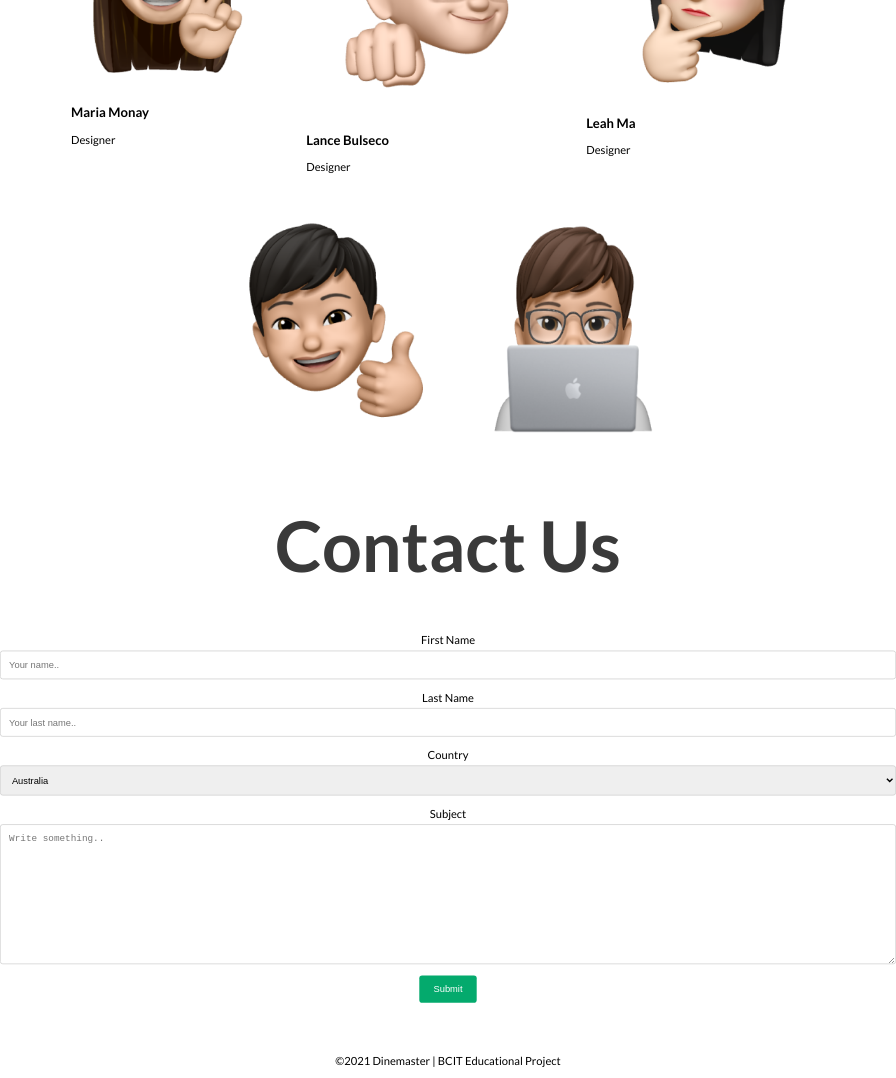
Repository: leahma1208/dinemaster
Page: index.html
An editor plug-in stored every save of this project. The page is shown before and after the next save, followed by the edit.
The browser window is 1280 px wide. The pictures show the part of the page from y = 4519 to 6439 px (the page is 6059 px tall before and 6439 px after), at 70% of full size.
A picture or video elsewhere on the page could not be fetched, so the positions and the page height are approximate.

Above is the page before, as saved 2021-05-07 12:32:40.

### index.html
<!DOCTYPE html>
<html lang="en">
<head>
    <meta charset="UTF-8">
    <meta http-equiv="X-UA-Compatible" content="IE=edge">
    <meta name="viewport" content="width=device-width, initial-scale=1.0">
    <link rel="stylesheet" href="style.css">
    <link rel="preconnect" href="https://fonts.gstatic.com">
<link href="https://fonts.googleapis.com/css2?family=Lato:ital,wght@0,300;0,400;0,700;0,900;1,400;1,700;1,900&display=swap" rel="stylesheet">
    <title>Dinemaster</title>
</head>
<body>
    <div class="holder">
    <div class="main-nav">
        <div class="logo"><img src="/img/Logo.svg" alt=""></div>
        <div class="nav">
            <a href="#feature">Features</a>
            <a href="#down">Download</a>
            <a href="#about">About us</a>
        </div>
    </div>
<!-- =========INTRO================= -->
    <div class="col intro">
        <div class="head-cont">
            <div class="head">Share, Post, Like &<br> Review Restaurants</div>
            <div class="text">Share your favourite restaurants visits with your friends and family! Keep track of your visits and rate other restaurants.</div>
        </div>

        <div class="vid">
            <iframe width="700" height="400" src="https://www.youtube.com/watch?v=QAF69FwPSKw" title="YouTube video player" frameborder="0" allow="accelerometer; autoplay; clipboard-write; encrypted-media; gyroscope; picture-in-picture" allowfullscreen></iframe>
        </div>

    </div>

<!-- =========PERSONAL ACCOUNTS================= -->
    <div class="col personal" id="feature">
        <div class="personal-img">
            <img src="/img/personal.svg" alt="personal">
        </div>

        <div class="per-cont">
            <div class="head">Personal Accounts</div>
            <div class="text ">Post your favourite meal and keep track of your previous visits! Recommend your favourite restaurants to your friends and family.</div>
        </div>
    </div>


    <!-- =========BUSINESS ACCOUNTS================= -->
    <div class="col business">

        <div class="per-cont">
            <div class="head">Business Accounts</div>
            <div class="text ">Are you a business owner? Advertise your business by posting your restaurant menus and daily specials. Also, receive customer feedbacks to improve and promote your business.</div>
        </div>

        <div class="business-img">
            <img src="/img/business.svg" alt="business">
        </div>
    </div>

    <!--================ DOWNLOAD APP============== -->
    <div class="download" id="down">
        <div class="down-cont">
            <div class="bighead">Download App</div>
            <div class="text">Install the app today to share your favourite restaurants with your friends and family!</div>
        </div>
        <div class="down-img">
            <img src="/img/download.svg" alt="download">
        </div>
        <div class="down-buttons">
            <img src="/img/app store.svg" alt="app store">
            <img src="/img/google play.svg" alt="playstore">
        </div>
    </div>

     <!-- =========ABOUT US================= -->
        <div class="col aboutus" id="about">

            <div class="per-cont">
                <div class="head">About Us</div>
                <h2 class="dine">Dinemaster</h2>
                <div class="text ">Dinemaster allows users to share their personal experience with a restaurant that they have visited. With this app many restaurants can use this platform to advertise for their business and connect with their customers.</div>
            </div>

            <div class="business-img">
                <img src="/img/Aboutus.png" alt="aboutus">
            </div>
        </div>

<!-- =========Team Members================= -->
        <div class="members">
            <h1>Our Team Members</h1>
            <div class="img1">
                <div><img src="/img/image 4.png" alt="Maria Monay"><h3  class="names">Maria Monay</h3><p class="names">Designer</p></div>
                <div class="names"><img src="/img/image 5.png" alt="Lance Bulseco"><h3>Lance Bulseco</h3><p>Designer</p></div>
                <div class="names"><img src="/img/39f8df7f1b6dbd378f3a219a0ab0f1ef-sticker 1.png" alt="Leah Ma"><h3>Leah Ma</h3><p>Designer</p></div>
            </div>
            <div class="img2">
                <img src="/img/2f48eec3970b26064700bd96f6fee4a5-sticker 1.png" alt="Justin Tsen">
                <img src="/img/4bc877a33df24f9d52337a4e7bfaca46-sticker 1.png" alt="Jason Zhao">
            </div>
        </div>

<!-- =========Contact Us================= -->
        <div>
            <h1 class="Contact">Contact Us</h1>
            <form action="/action_page.php" class="submit">
                <label for="fname">First Name</label>
                <input type="text" id="fname" name="firstname" placeholder="Your name..">

                <label for="lname">Last Name</label>
                <input type="text" id="lname" name="lastname" placeholder="Your last name..">

                <label for="country">Country</label>
                <select id="country" name="country">
                  <option value="australia">Australia</option>
                  <option value="canada">Canada</option>
                  <option value="usa">USA</option>
                </select>

                <label for="subject">Subject</label>
                <textarea id="subject" name="subject" placeholder="Write something.." style="height:200px"></textarea>

                <input type="submit" value="Submit" >
              </form>
        </div>
<br>
<br>
<br>
<!-- =========Copy Right================= -->
<div class="copyright">
    <p>©2021 Dinemaster | BCIT Educational Project</p>
</div>
</div>
</body>
</html>

### style.css
body ,
html {
  margin: 0;
}

.holder {
  font-family: "Lato", sans-serif;
}

/* ===============NAV BAR============ */
.main-nav {
  display: flex;
  padding-top: 50px;
  justify-content: space-between;
  max-width: 90vw;
  margin: auto;
}

.logo > img {
  width: 350px;
}

.nav {
  display: flex;
  justify-content: space-between;
  min-width: 650px;
}

.nav > a {
  text-decoration: none;
  color: #222222;
  font-size: 30px;
}

a:hover {
  color: #727272;
}
/* ===========FIRST COL=================== */

.col {
  display: flex;
}

.intro {
  max-width: 90vw;
  margin: auto;
  margin-top: 300px;
  justify-content: space-between;
}

.head {
  font-size: 60px;
  color: #3a3a3a;
  font-weight: 400;
}
.text {
  font-size: 30px;
  line-height: 40px;
  color: #444444;
  margin-top: 30px;
  font-weight: 300;
  max-width: 700px;
}

.vid {
  margin-left: 100px;
}

/* ========PERSONAL============== */
.personal {
  margin-top: 150px;
  justify-content: space-between;
}

.personal-img {
  margin-right: 100px;
}

.per-cont {
  margin: auto;
  padding: 60px;
}

/* ========BUSINESS============== */
.business {
  margin-top: 100px;
  justify-content: space-between;
}

/* ======DOWNLOAD============= */

.download {
  max-width: 90vw;
  margin: auto;
  display: flex;
  flex-direction: column;
  justify-content: center;
  align-items: center;
}

.down-cont {
  margin-top: 250px;
  text-align: center;
}

.bighead {
  font-size: 100px;
  font-weight: 700;
  color: #3a3a3a;
}

.down-img {
  margin-top: 100px;
  margin-bottom: 100px;
}

.down-buttons {
  display: flex;
  justify-content: space-around;
}

.down-buttons > img {
  padding: 10px;
}

/* ======ABOUTUS============= */
.dine{
font-size: 40px;
}
/* ======ABOUTUS============= */

.members{
  display: flex;
  justify-content: center;
  align-items: center;
  flex-direction: column;
}


.img1{
  display: flex;
  flex-direction: row;
  padding: 10px;
}

.img2{
  display: flex;
  flex-direction: row;
  padding: 10px;
}

.names{
  padding-left:10px;
}




/*==========Contact==============*/


input[type=text], select, textarea {
  width: 100%;
  padding: 12px;
  border: 1px solid #ccc;
  border-radius: 4px;
  box-sizing: border-box;
  margin-top: 6px;
  margin-bottom: 16px;
  resize: vertical;
}

input[type=submit] {
  background-color: #04AA6D;
  color: white;
  padding: 12px 20px;
  border: none;
  border-radius: 4px;
  cursor: pointer;
}

input[type=submit]:hover {
  background-color: #45a049;
}

.container {
  border-radius: 5px;
  background-color: #f2f2f2;
  padding: 20px;
}

.Contact{
  display: flex;
  justify-content: center;
  font-size: 100px;
  font-weight: 700;
  color: #3a3a3a;
}

.submit{
  display: flex;
  justify-content: center;
  align-items: center;
  flex-direction: column;
}
/*========Copy========*/

.copyright{
  display: flex;
  align-items: center;
  justify-content: center;
  font-weight:200px;
}

After the next save:
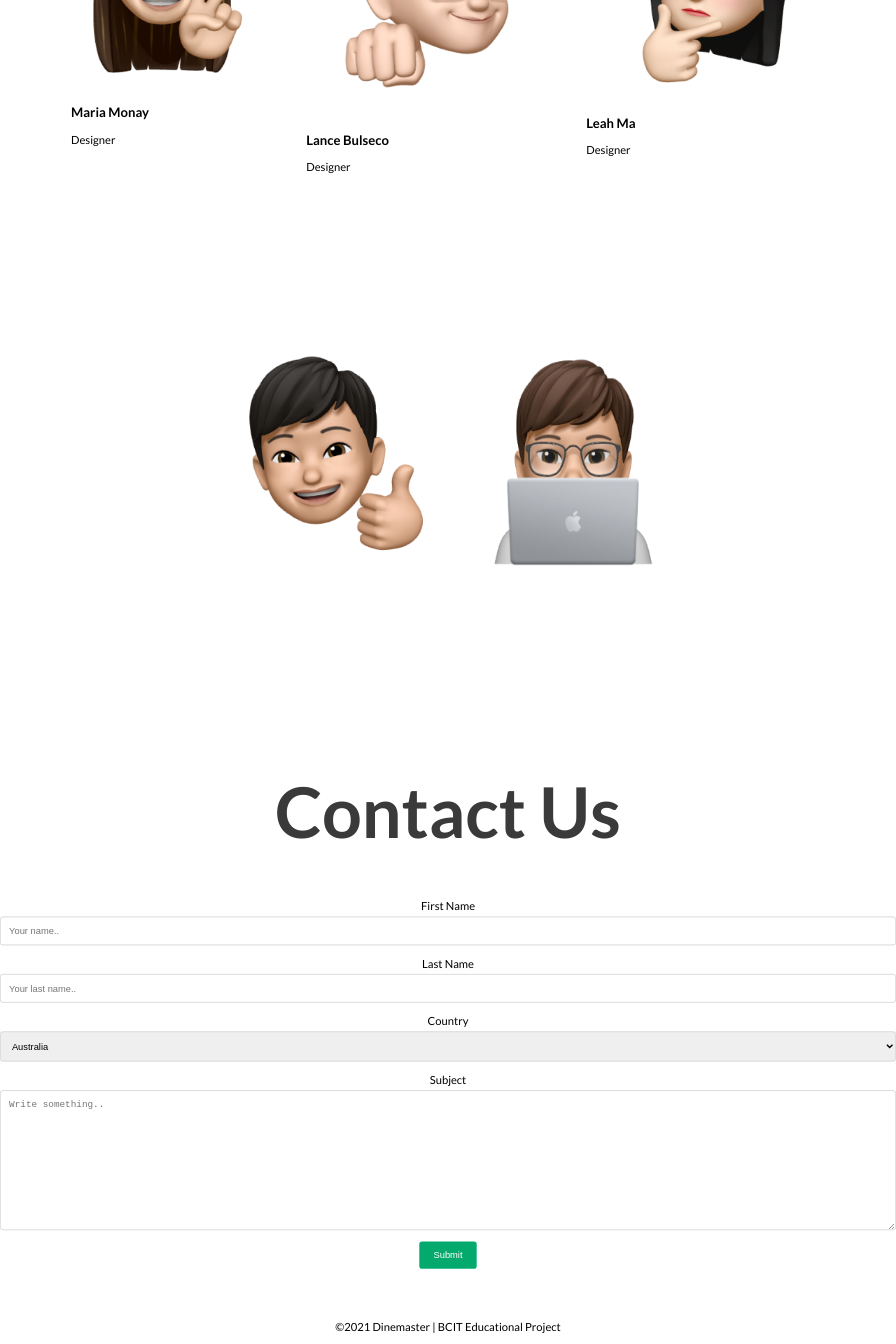
Saved 10 s later.
--- a/style.css
+++ b/style.css
@@ -146,7 +146,7 @@
 .img2{
   display: flex;
   flex-direction: row;
-  padding: 10px;
+  padding: 200px;
 }
 
 .names{

After the save that followed:
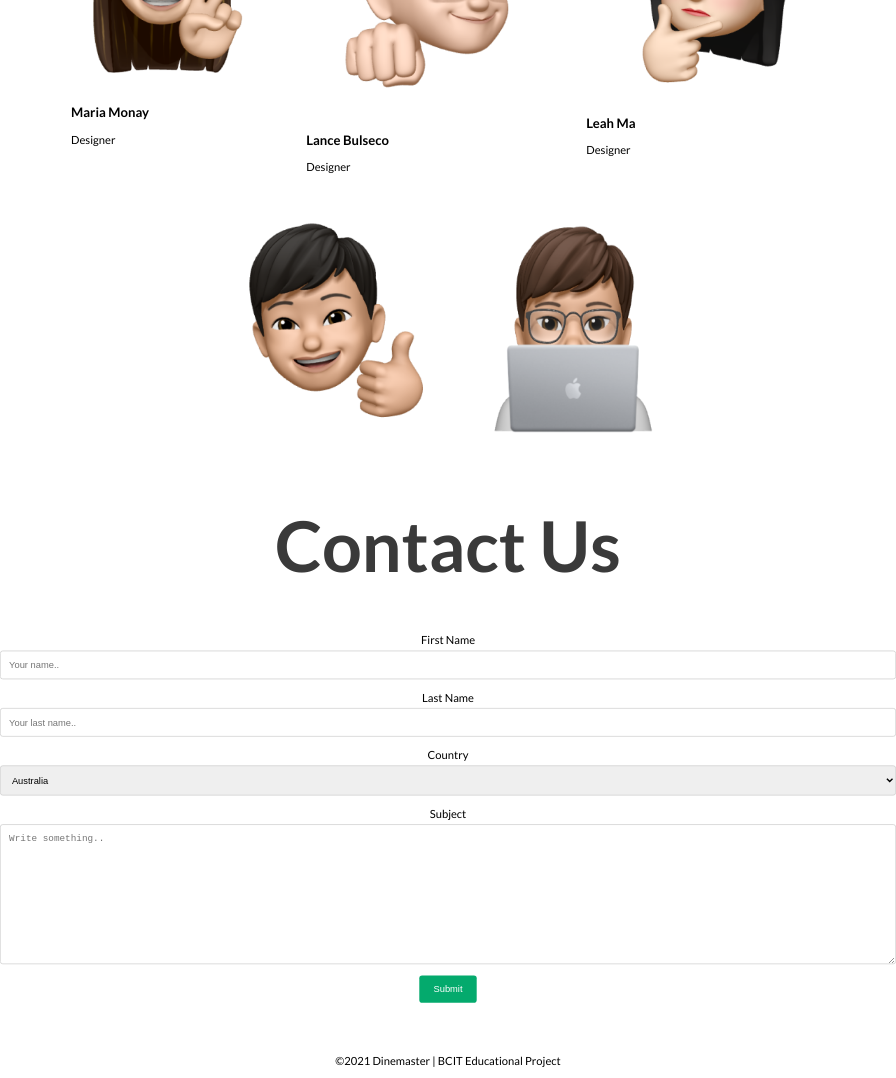
Saved 5 s later.
--- a/style.css
+++ b/style.css
@@ -146,7 +146,7 @@
 .img2{
   display: flex;
   flex-direction: row;
-  padding: 200px;
+  padding: 10px;
 }
 
 .names{
